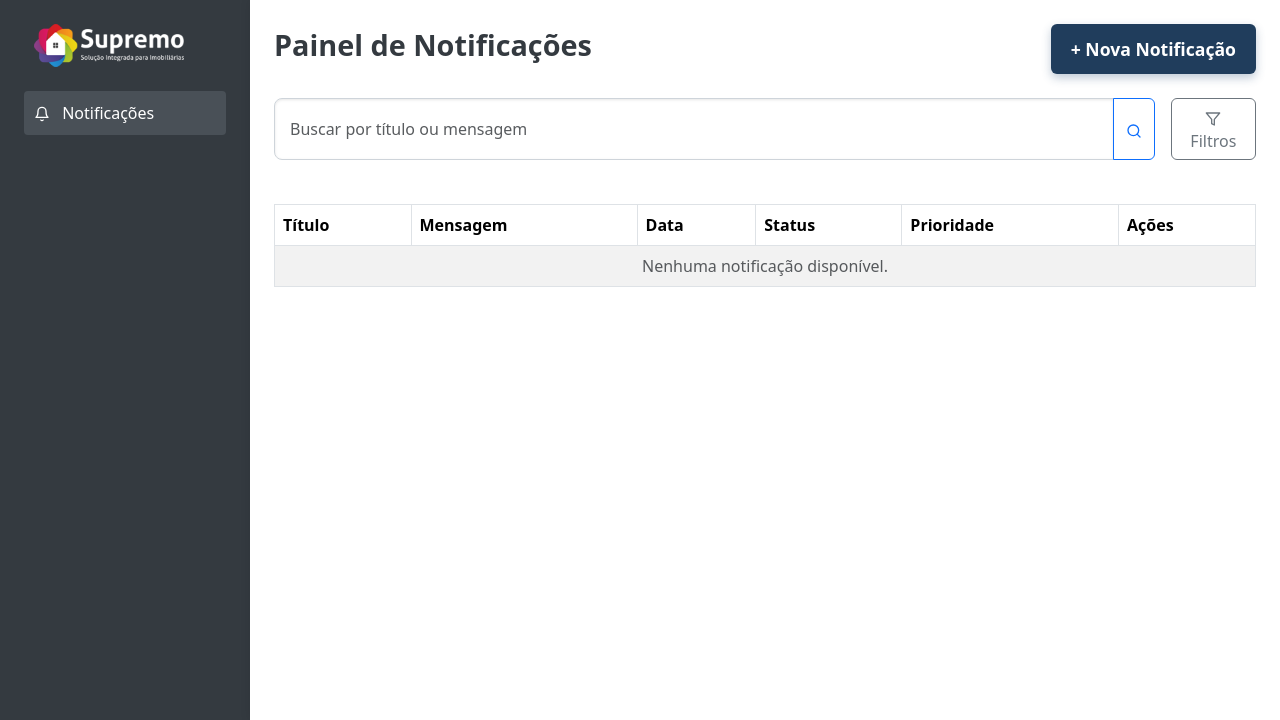
Repository: ryanmarinhodev/Supremo-teste-tecnico
Page: /notifications
These files come from the project's save history. The page is drawn as it stood at one moment and after the next save; the edit follows.
The browser window is 1280 px wide. The pictures show the whole page.
The project was rebuilt for these pictures with package versions that can differ from the ones it lists, and the page was loaded fresh each time. Also part of the build but not shown: src/App.css, src/Components/Login/index.jsx.

Above is the page before, as saved 2024-11-07 18:07:45.

After the next save:
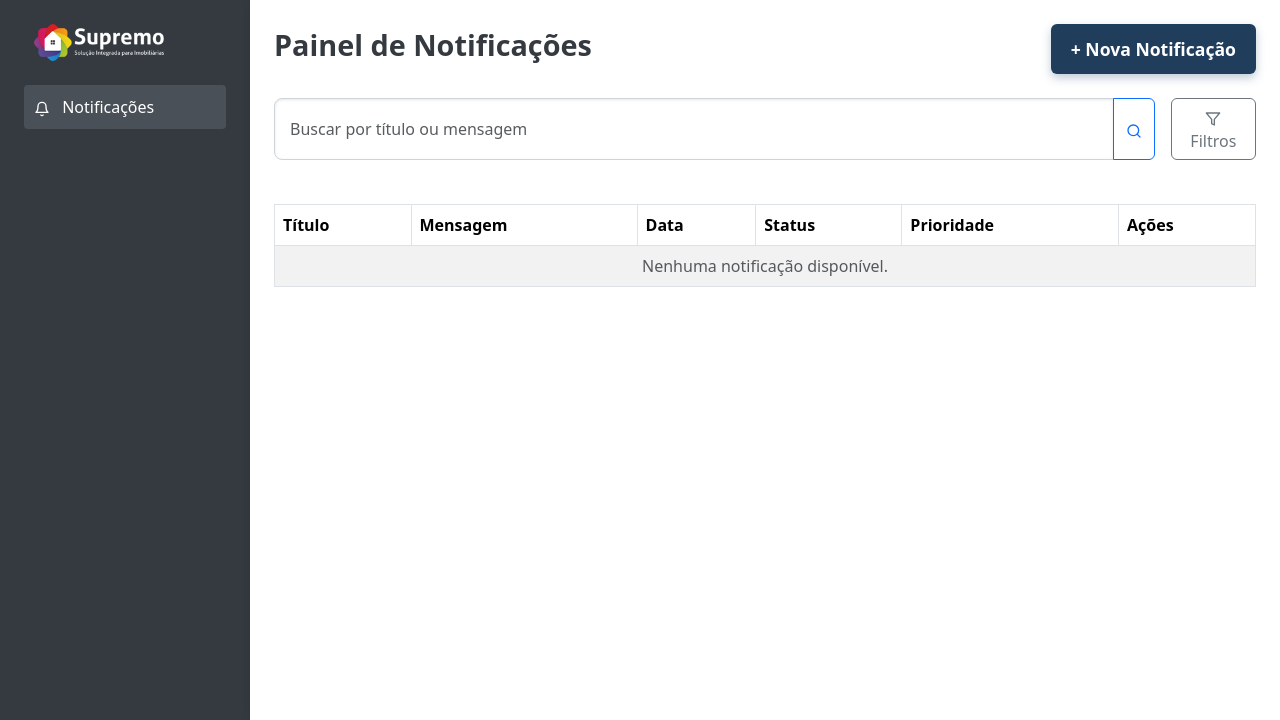
Saved 5 s later.
--- a/src/Components/Notifications/notification.css
+++ b/src/Components/Notifications/notification.css
@@ -12,7 +12,7 @@
   }
 
 .logo {
-    width: 150px;
+    width: 130px;
     display: flex;
     margin-left: 10px;
 }
